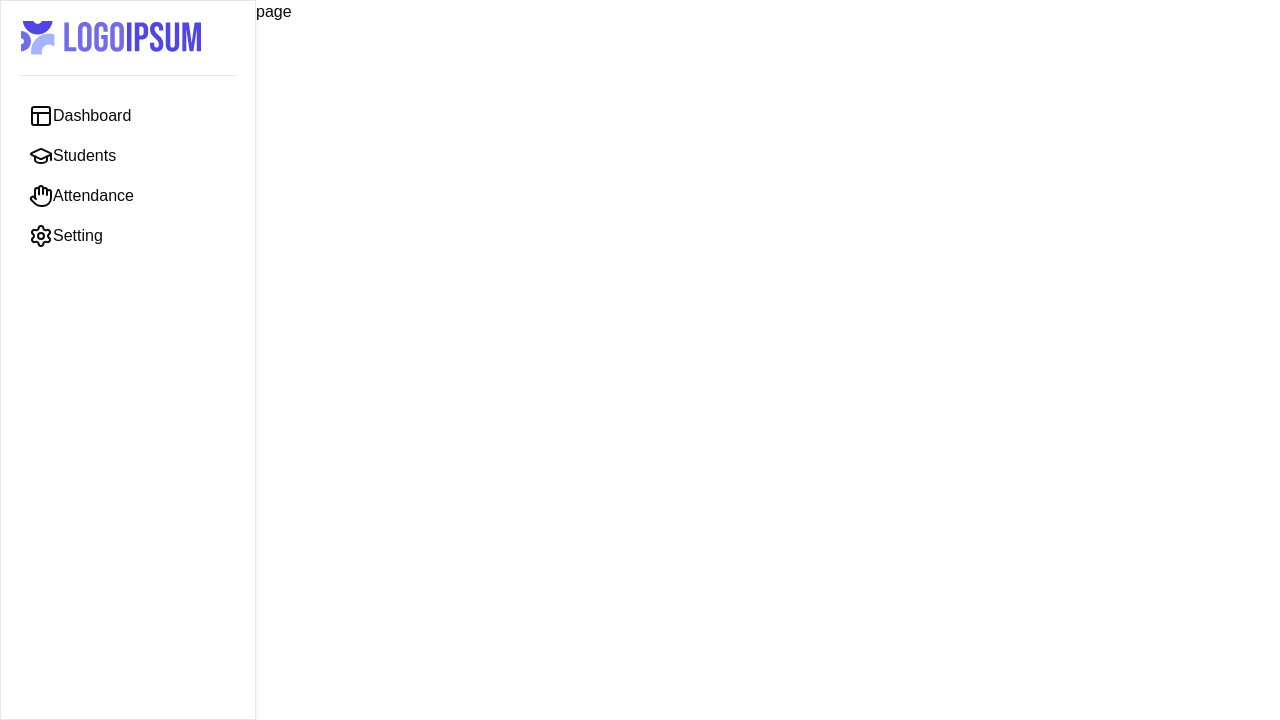
Repository: Essam-iut/SPT
Page: /dashboard
The author's editor kept a copy of each file at every save. The page is drawn from the files as they stood at one save, then again after the next save.
The browser window is 1280 px wide. The pictures show the whole page.
The project was rebuilt for these pictures with package versions that can differ from the ones it lists, and the page was loaded fresh each time. The framework's server and built-in components were replaced by stand-ins that run in the browser. Also part of the build but not shown: next.config.mjs.

Above is the page before, as saved 2024-11-11 15:11:02.

### app/layout.js
import localFont from "next/font/local";
import "./globals.css";
import { ThemeProvider } from "./ThemeProvider";
const geistSans = localFont({
  src: "./fonts/GeistVF.woff",
  variable: "--font-geist-sans",
  weight: "100 900",
});
const geistMono = localFont({
  src: "./fonts/GeistMonoVF.woff",
  variable: "--font-geist-mono",
  weight: "100 900",
});

export const metadata = {
  title: "Create Next App",
  description: "Generated by create next app",
};

export default function RootLayout({ children }) {
  return (
    <html lang="en">
      <body
        className={`${geistSans.variable} ${geistMono.variable} antialiased`}
      >
        <ThemeProvider
          attribute="class"
          defaultTheme="system"
          enableSystem
          disableTransitionOnChange
        >
          {children}
        </ThemeProvider>
      </body>
    </html>
  );
}

### app/dashboard/layout.js
import React from "react";
import SideNav from "./_component/SideNav";

function layout({ children }) {
  return (
    <div>
      <div className="w-64 fixed md:block"><SideNav/></div>
      <div className="md:ml-64">{children}</div>
    </div>
  );
}

export default layout;

### app/dashboard/page.js
"use client"
import React from 'react'
import { useTheme } from 'next-themes'
import { useEffect } from 'react'
function dashboard() {
    const { setTheme } = useTheme()

    useEffect(() =>{
        setTheme('light')
    },[])

  return (
    <div>page</div>
  )
}

export default dashboard

### app/dashboard/_component/SideNav.jsx
import { GraduationCap, Hand, LayoutIcon, Settings, SettingsIcon } from "lucide-react";
import Image from "next/image";
import React from "react";

function SideNav() {
  const menuList = [
    {
      id: 1,
      name: "Dashboard",
      icon: LayoutIcon,
      Path: "/dashboard"
    },
    {
      id: 2,
      name: "Students",
      icon: GraduationCap,
      Path: "/dashboard/students"
    },
    {
      id: 3,
      name: "Attendance",
      icon: Hand,
      Path: "/dashboard/attendance"
    },
    {
      id: 4,
      name: "Setting",
      icon: Settings,
      Path: "/dashboard/settings"
    }
  ]
  return (
    <div className="border shadow-md h-screen p-5">
      <Image src={"/logo.svg"}
      width={180}
      height={50}
       alt="logo" />
       <hr className="my-5"></hr>
       {menuList.map((menu, index) => (
        <h2 className="flex p-2">
          <menu.icon/>
          {menu.name}
        </h2>
       ))}


    </div>
  );
}

export default SideNav;

### tailwind.config.js
/** @type {import('tailwindcss').Config} */
module.exports = {
    darkMode: ["class"],
    content: [
    "./pages/**/*.{js,ts,jsx,tsx,mdx}",
    "./components/**/*.{js,ts,jsx,tsx,mdx}",
    "./app/**/*.{js,ts,jsx,tsx,mdx}",
  ],
  theme: {
  	extend: {
  		colors: {
  			background: 'hsl(var(--background))',
  			foreground: 'hsl(var(--foreground))',
  			card: {
  				DEFAULT: 'hsl(var(--card))',
  				foreground: 'hsl(var(--card-foreground))'
  			},
  			popover: {
  				DEFAULT: 'hsl(var(--popover))',
  				foreground: 'hsl(var(--popover-foreground))'
  			},
  			primary: {
  				DEFAULT: '#4845D2',
  				foreground: 'hsl(var(--primary-foreground))'
  			},
  			secondary: {
  				DEFAULT: 'hsl(var(--secondary))',
  				foreground: 'hsl(var(--secondary-foreground))'
  			},
  			muted: {
  				DEFAULT: 'hsl(var(--muted))',
  				foreground: 'hsl(var(--muted-foreground))'
  			},
  			accent: {
  				DEFAULT: 'hsl(var(--accent))',
  				foreground: 'hsl(var(--accent-foreground))'
  			},
  			destructive: {
  				DEFAULT: 'hsl(var(--destructive))',
  				foreground: 'hsl(var(--destructive-foreground))'
  			},
  			border: 'hsl(var(--border))',
  			input: 'hsl(var(--input))',
  			ring: 'hsl(var(--ring))',
  			chart: {
  				'1': 'hsl(var(--chart-1))',
  				'2': 'hsl(var(--chart-2))',
  				'3': 'hsl(var(--chart-3))',
  				'4': 'hsl(var(--chart-4))',
  				'5': 'hsl(var(--chart-5))'
  			}
  		},
  		borderRadius: {
  			lg: 'var(--radius)',
  			md: 'calc(var(--radius) - 2px)',
  			sm: 'calc(var(--radius) - 4px)'
  		}
  	}
  },
  plugins: [require("tailwindcss-animate")],
};

Loaded but not shown: app/globals.css (common file); app/ThemeProvider.js (common file)

After the next save:
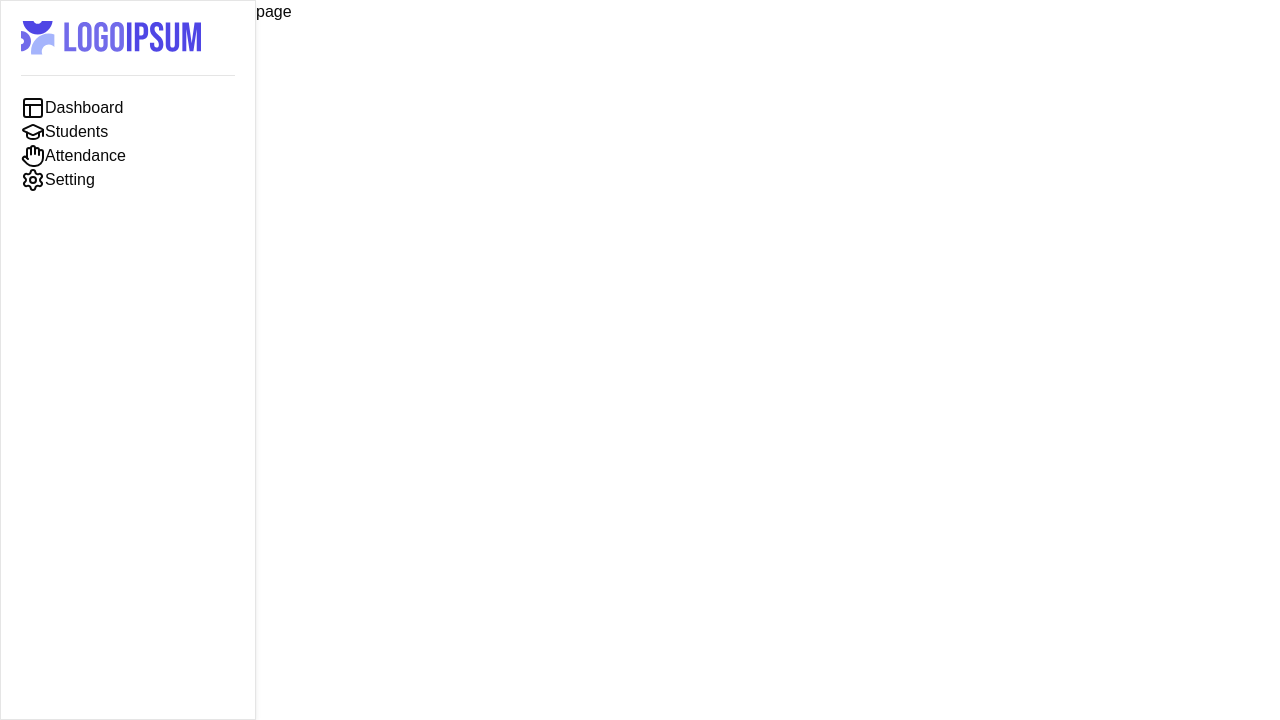
Saved 20 s later.
--- a/app/dashboard/_component/SideNav.jsx
+++ b/app/dashboard/_component/SideNav.jsx
@@ -37,7 +37,7 @@ function SideNav() {
        alt="logo" />
        <hr className="my-5"></hr>
        {menuList.map((menu, index) => (
-        <h2 className="flex p-2">
+        <h2 className="flex items-center ">
           <menu.icon/>
           {menu.name}
         </h2>
